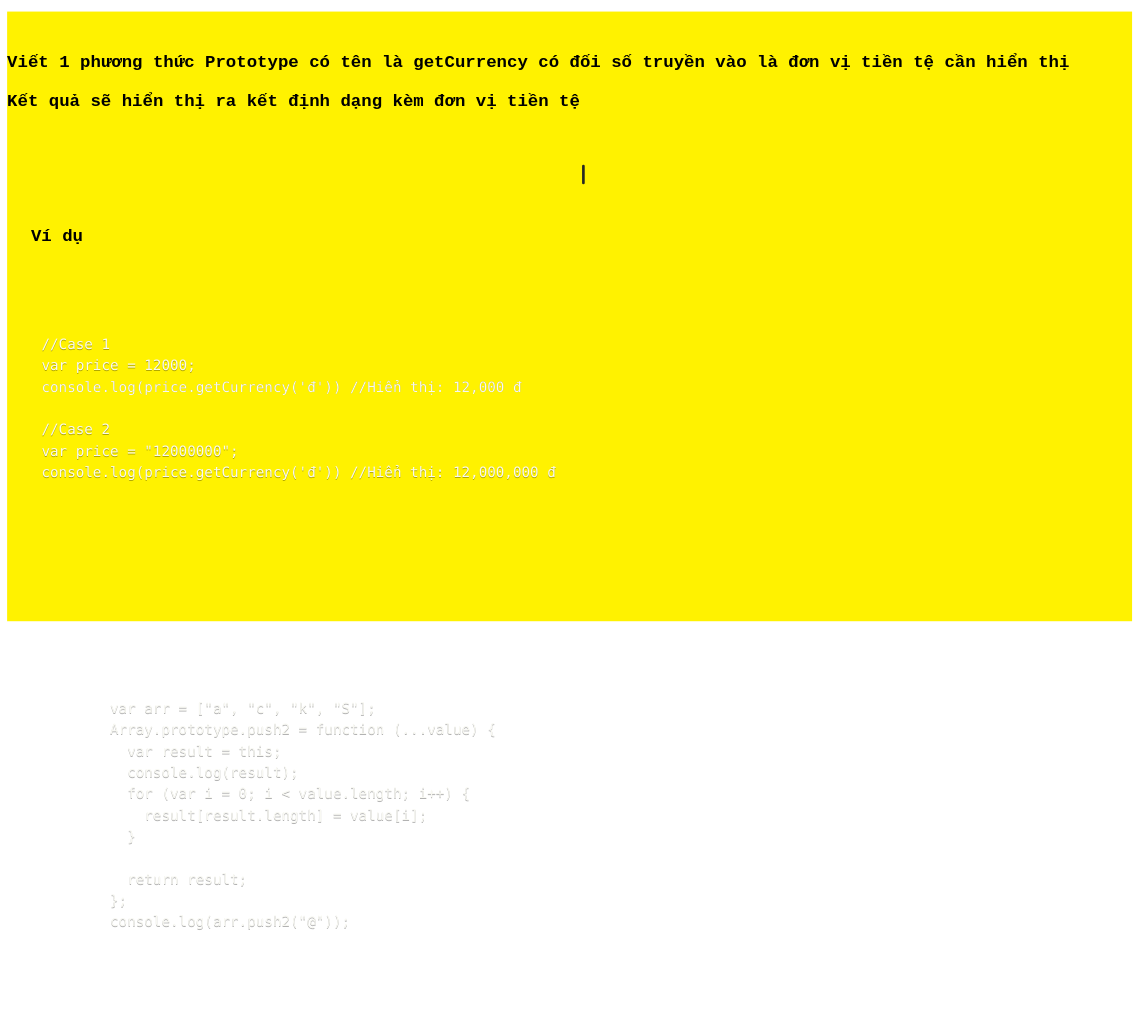
Repository: Dongnguyen318/Quydong
Page: Day 22.1/ex03.html
The author's editor kept a copy of each file at every save. The page is drawn from the files as they stood at one save, then again after the next save.
The browser window is 1280 px wide. The pictures show the whole page, at 89% of full size.

Above is the page before, as saved 2023-09-05 23:16:38.

### Day 22.1/ex03.html
<!DOCTYPE html>
<html lang="en">
  <head>
    <meta charset="UTF-8" />
    <meta name="viewport" content="width=device-width, initial-scale=1.0" />
    <title>Document</title>
    <link
      rel="stylesheet"
      href="https://cdn.jsdelivr.net/npm/prismjs@1.29.0/themes/prism-okaidia.min.css"
    />
    <script src="./js/3.js"></script>
  </head>
  <body>
    <pre style="background-color: rgb(255, 242, 0)">
        <code >
            <h2>Viết 1 phương thức Prototype có tên là getCurrency có đối số truyền vào là đơn vị tiền tệ cần hiển thị

Kết quả sẽ hiển thị ra kết định dạng kèm đơn vị tiền tệ</h2>
<p style="text-align: center;">
    <code class="language-js">
    </code>
    <h2 style="padding: 15px;" > Ví dụ</h2>
    <pre>
        <code class="language-js" >
    //Case 1
    var price = 12000;
    console.log(price.getCurrency('đ')) //Hiển thị: 12,000 đ

    //Case 2
    var price = "12000000";
    console.log(price.getCurrency('đ')) //Hiển thị: 12,000,000 đ
        </code>
    </pre>


</p>
        </code>
    </pre>
    <br />
    <br />
    <pre>
        <code class="language-js">
            var arr = ["a", "c", "k", "S"];
            Array.prototype.push2 = function (...value) {
              var result = this;
              console.log(result);
              for (var i = 0; i < value.length; i++) {
                result[result.length] = value[i];
              }

              return result;
            };
            console.log(arr.push2("@"));


        </code>
    </pre>
    <script src="https://cdn.jsdelivr.net/npm/prismjs@1.29.0/components/prism-core.min.js"></script>
    <script src="https://cdn.jsdelivr.net/npm/prismjs@1.29.0/plugins/autoloader/prism-autoloader.min.js"></script>
  </body>
</html>

### Day 22.1/js/3.js
var arr = ["a", "c", "k", "S"];
Array.prototype.push2 = function (...value) {
  var result = this;
  console.log(result);
  for (var i = 0; i < value.length; i++) {
    result[result.length] = value[i];
  }

  return result;
};
console.log(arr.push2("@"));

After the next save:
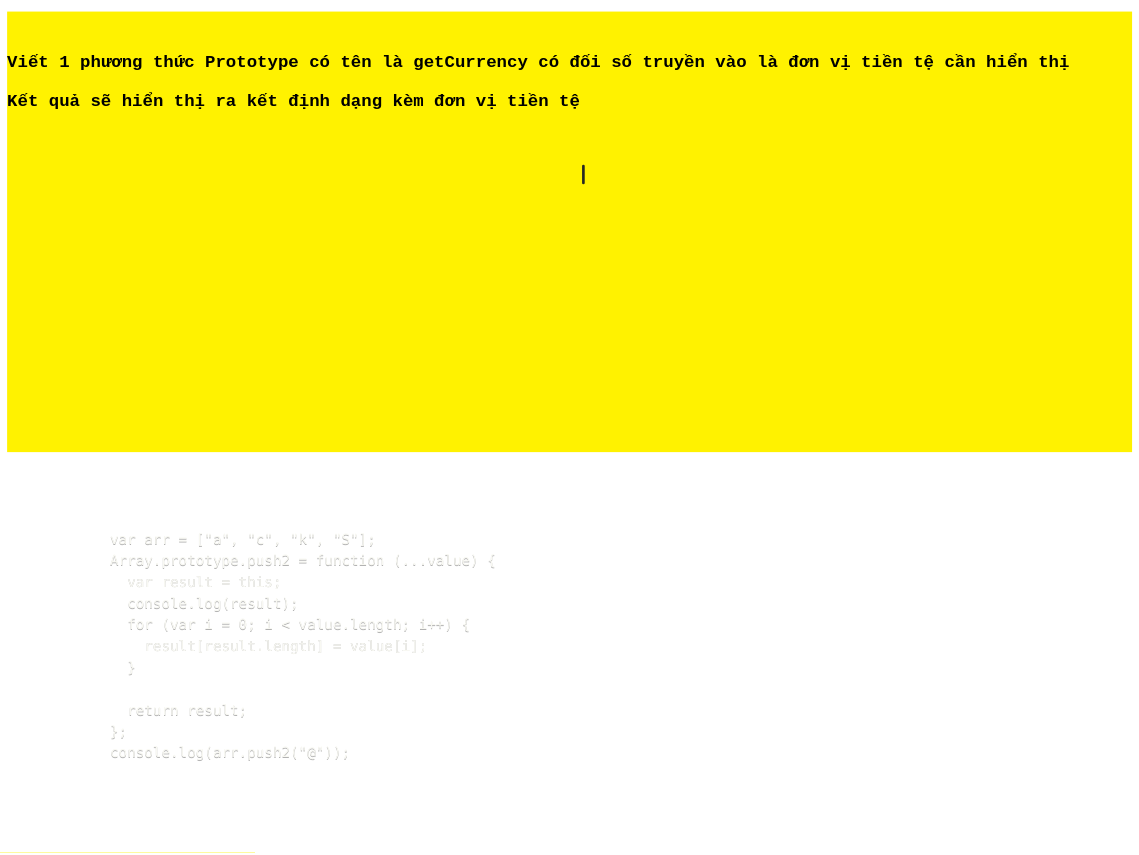
Saved 15 s later.
--- a/Day 22.1/ex03.html
+++ b/Day 22.1/ex03.html
@@ -19,16 +19,9 @@ Kết quả sẽ hiển thị ra kết định dạng kèm đơn vị tiền t
 <p style="text-align: center;">
     <code class="language-js">
     </code>
-    <h2 style="padding: 15px;" > Ví dụ</h2>
+    <h2 style="padding: 15px;" ></h2>
     <pre>
         <code class="language-js" >
-    //Case 1
-    var price = 12000;
-    console.log(price.getCurrency('đ')) //Hiển thị: 12,000 đ
-
-    //Case 2
-    var price = "12000000";
-    console.log(price.getCurrency('đ')) //Hiển thị: 12,000,000 đ
         </code>
     </pre>
 
